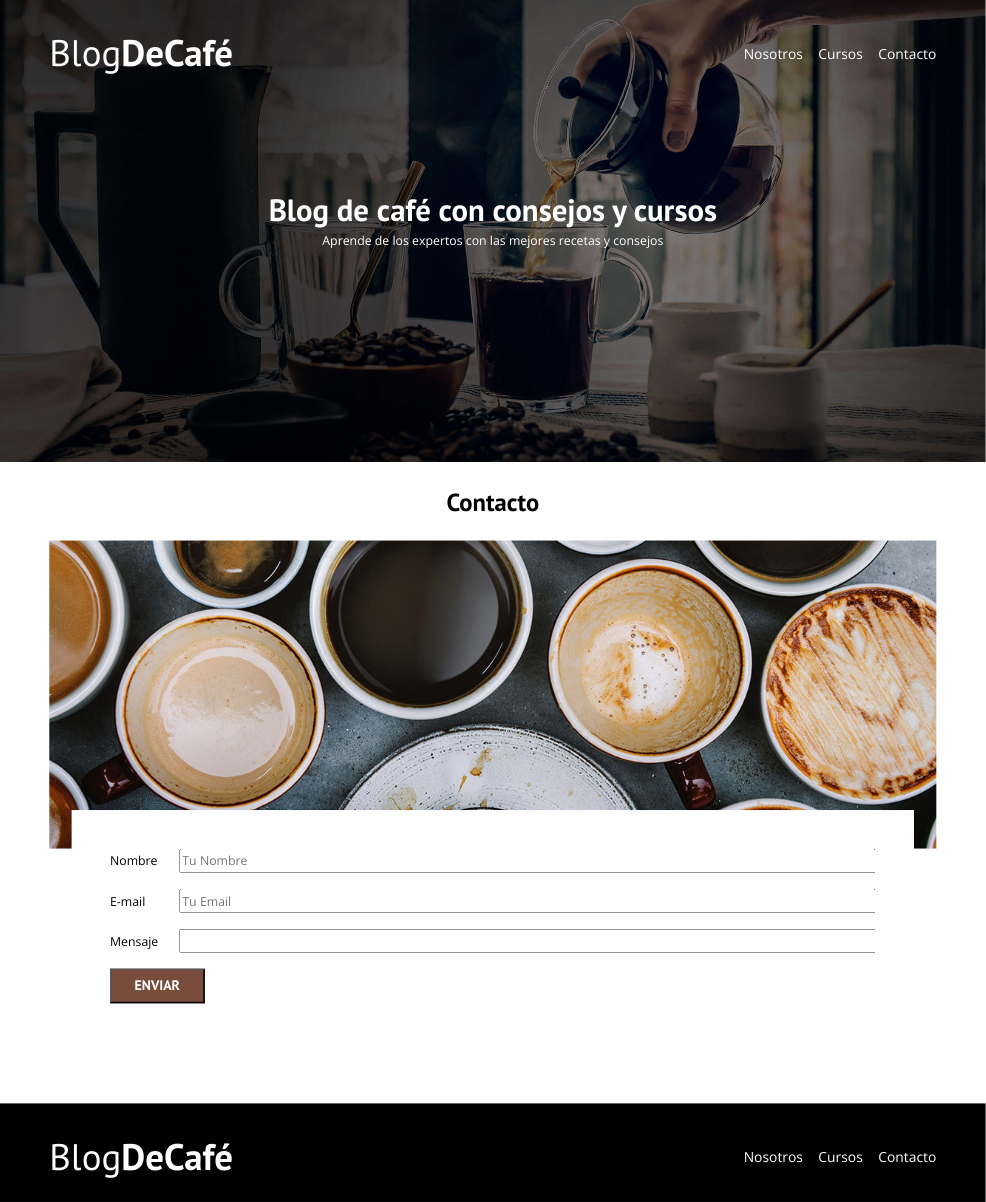
Repository: araque1990/blog_de_cafe
Page: contacto.html
An editor plug-in stored every save of this project. The page is shown before and after the next save, followed by the edit.
The browser window is 1280 px wide. The pictures show the whole page, at 77% of full size.

Above is the page before, as saved 2023-01-12 19:27:42.

After the next save:
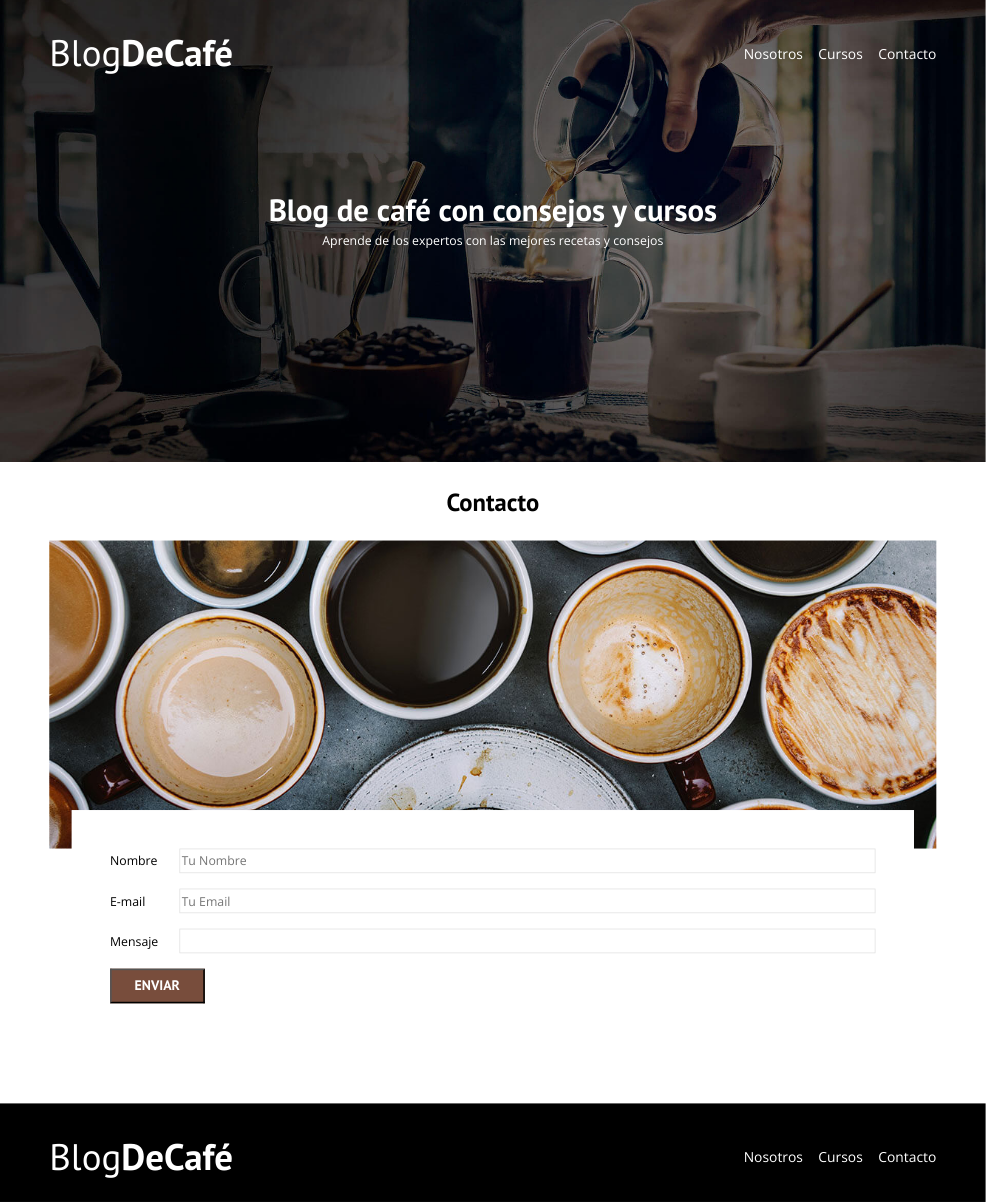
Saved 97 s later.
--- a/css/styles.css
+++ b/css/styles.css
@@ -242,6 +242,7 @@ img {
 }
 .campo__field {
   flex: 1;
+  border: 1px solid var(--gris);
 }
 
 .campo__field--textarea{
